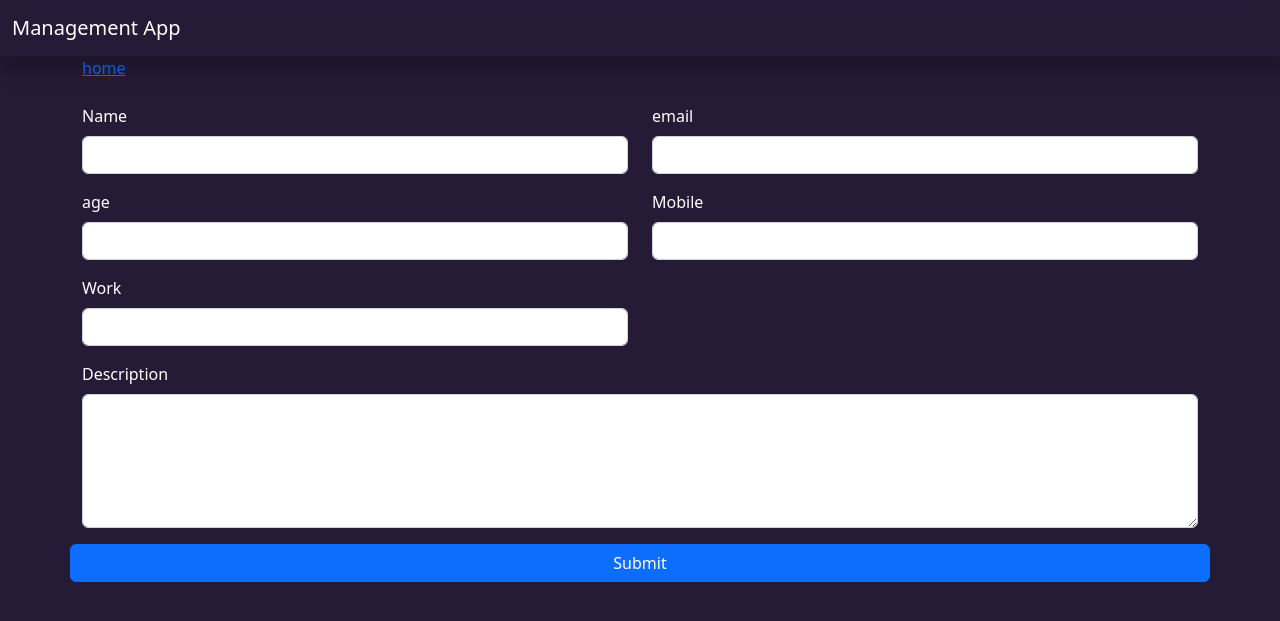
Repository: iamevs/Employee-Management-System
Page: /register (app in client/)
These files come from the project's save history. The page is drawn as it stood at one moment and after the next save; the edit follows.
The browser window is 1280 px wide. The pictures show the whole page.
The project was rebuilt for these pictures with package versions that can differ from the ones it lists, and the page was loaded fresh each time. Also part of the build but not shown: client/vite.config.js, client/src/components/Home.jsx, client/src/components/Edit.jsx, client/src/components/Hero.jsx. Imported but missing from the stored project, and not drawn on this page: client/src/components/Details.

Above is the page before, as saved 2022-11-28 23:21:38.

After the next save:
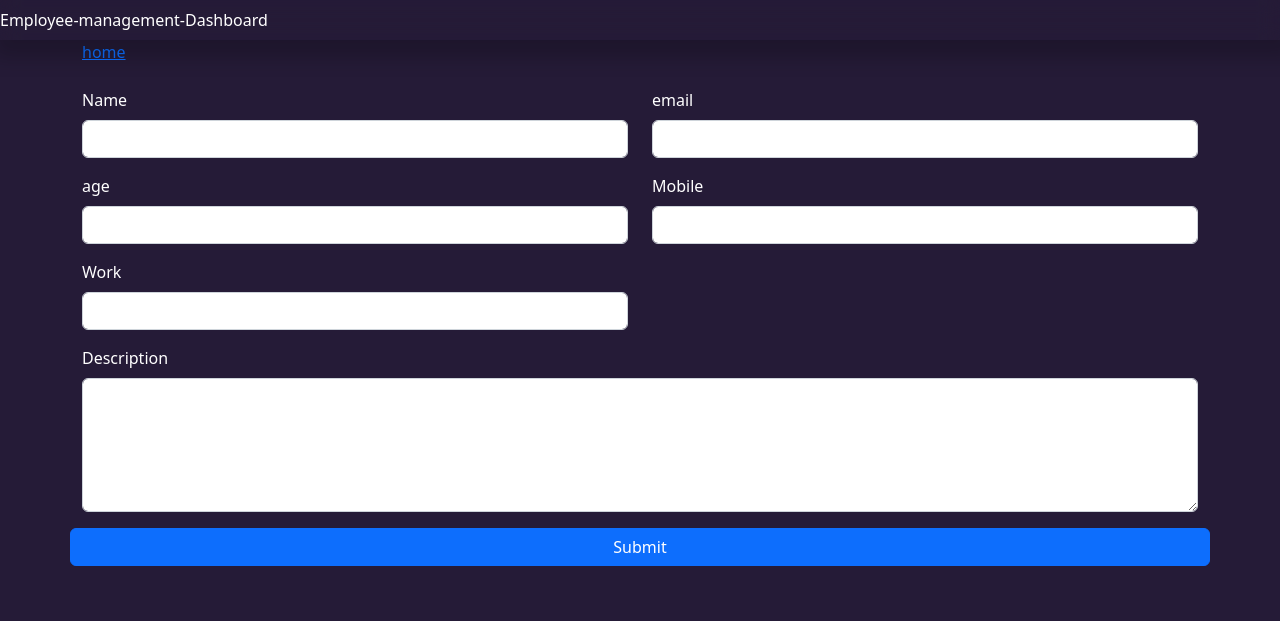
Saved 62 s later.
--- a/client/src/components/Navbar.jsx
+++ b/client/src/components/Navbar.jsx
@@ -13,9 +13,7 @@ const Navbar = () => {
                 color: "white",
                 boxShadow: "4px 7px 20px 11px rgb(0 0 0 / 20%)",
             }}>
-                <div className="container-fluid">
-                    <NavLink className="navbar-brand text-white" to="/">Management App</NavLink>
-                </div>
+            <Box>Employee-management-Dashboard</Box>
             </Box>
         </Stack>
     )
